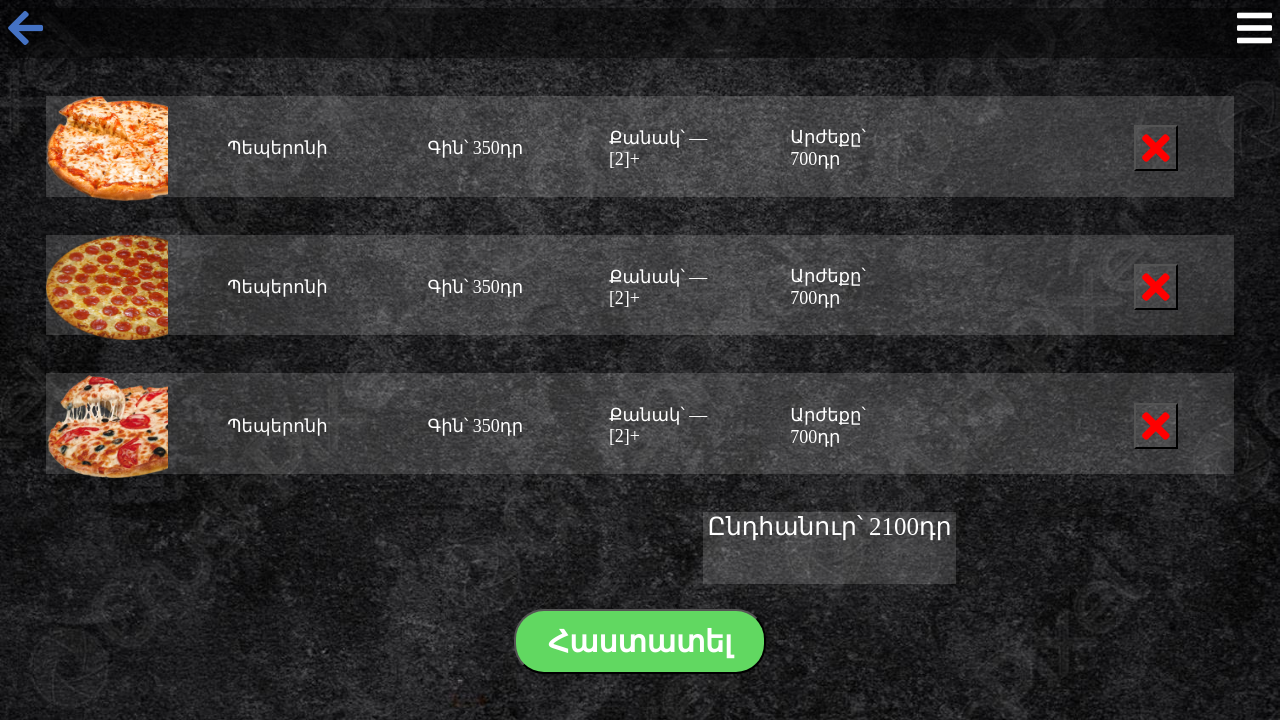
Repository: NarekTovmasyan/PizzaManue
Page: public/basket.html
An editor plug-in stored every save of this project. The page is shown before and after the next save, followed by the edit.
The browser window is 1280 px wide. The pictures show the whole page.

Above is the page before, as saved 2022-01-20 17:02:39.

After the next save:
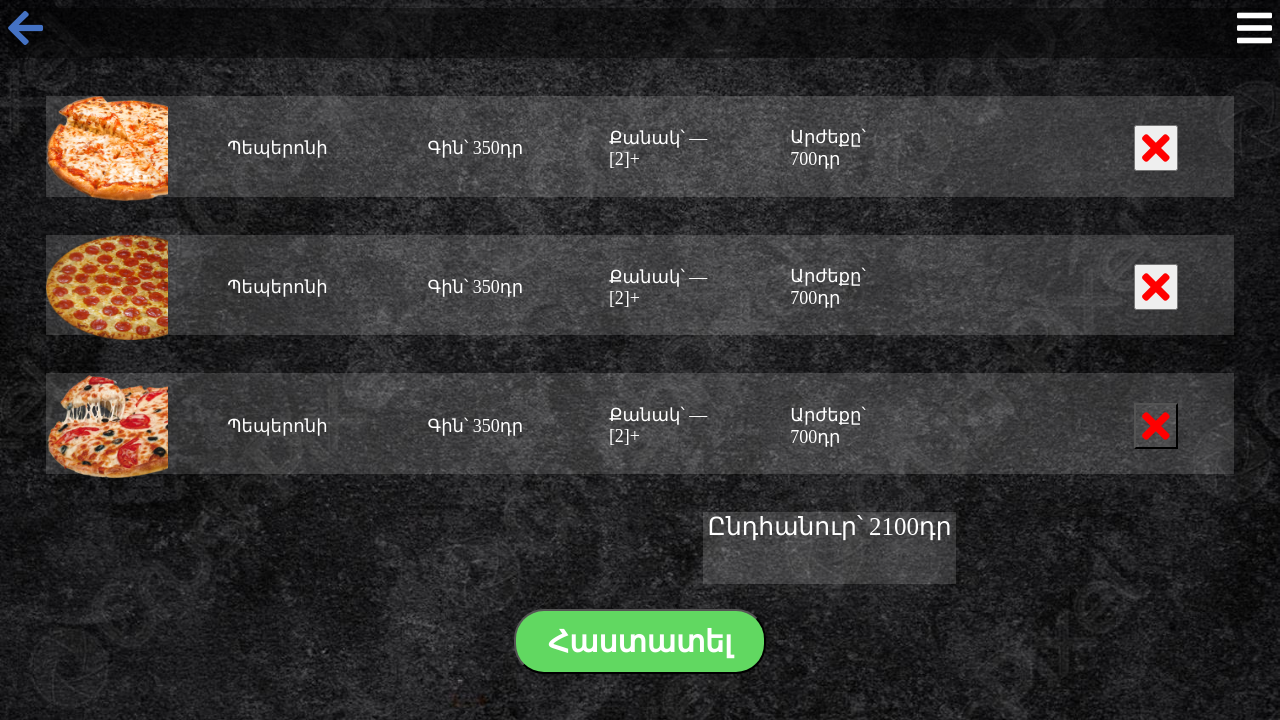
Saved 2 min 1 s later.
--- a/public/basket.css
+++ b/public/basket.css
@@ -26,7 +26,7 @@ body {
   .icon{
     margin-left: 200%;
   }
-  .icon > button{
+  .close{
       background-color: rgba(160, 158, 158, 0.144);
   }
 

After the 2 saves that followed:
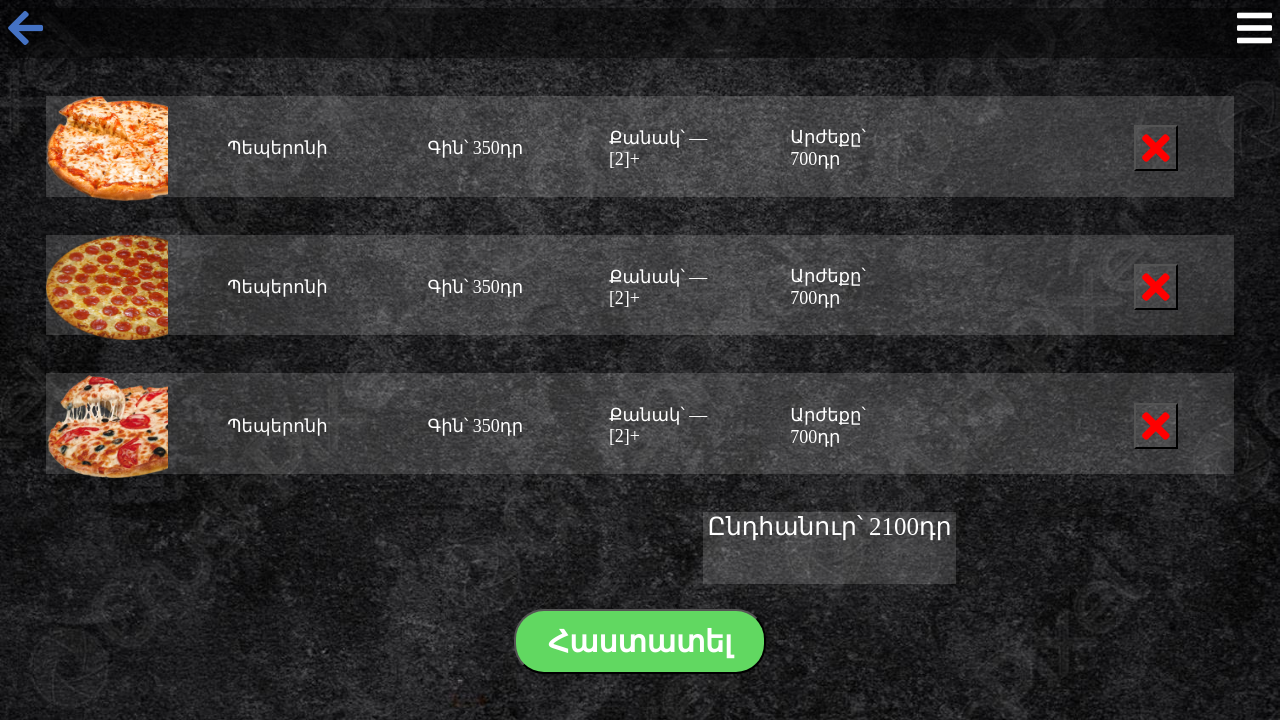
The 2 saves are shown as one change because 1 left the picture as it was.
The last was saved 104 s later.
--- a/public/basket.html
+++ b/public/basket.html
@@ -21,7 +21,7 @@
             <div>Գին՝ 350դր</div>
             <div>Քանակ՝ —[2]+ </div>
             <div class = "value">Արժեքը՝ 700դր</div>
-            <div class ="icon"><button><i class="fas fa-times"></i></button></div>
+            <div class ="icon"><button class = "close"><i class="fas fa-times"></i></button></div>
          </div>
         <div class ="prop">
             <div class="pizza2Img"></div>
@@ -29,7 +29,7 @@
             <div>Գին՝ 350դր</div>
             <div>Քանակ՝ —[2]+ </div>
             <div class = "value">Արժեքը՝ 700դր</div>
-            <div class ="icon"><button><i class="fas fa-times"></i></button></div>
+            <div class ="icon"><button class = "close"><i class="fas fa-times"></i></button></div>
         </div>
         <div class ="prop">
             <div class="pizza3Img"></div>
--- a/public/basket.css
+++ b/public/basket.css
@@ -30,7 +30,7 @@ body {
       background-color: rgba(160, 158, 158, 0.144);
   }
 
-  .icon > button > i{
+   .fa-times{
       font-size: 40px;
       color: red;
   }
